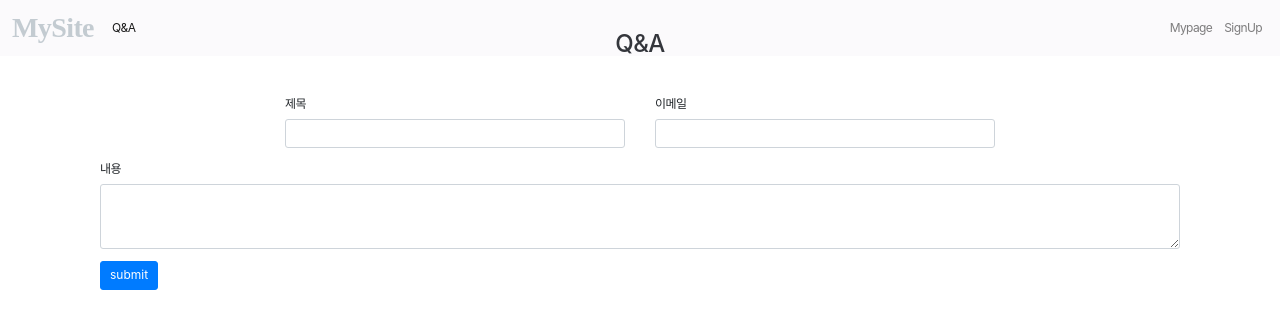
Repository: JungSWon/Project
Page: http://localhost/qna
The author's editor kept a record of every edit. The page is drawn from the files as they stood at one moment, then again after the next edit.
The browser window is 1280 px wide. The pictures show the whole page.
Some web fonts or font styles are not loaded; a fallback is used. The page is served by the project's application, run on Django 2.2 (pj05/manage.py). Other server files are loaded and not shown.

Above is the page before.

### 05_detail/pj05/detail/views.py
from django.shortcuts import render

# Create your views here.
def index(request):
    return render(request,'index.html')

def qna(request):
    return render(request,'qna.html')


def mypage(request):
    return render(request,'mypage.html')


def signup(request):
    return render(request,'signup.html')

def notfound(request,noturl):
    return render(request,'notfound.html',{'noturl':noturl})

### 05_detail/pj05/detail/templates/qna.html
{% extends 'base.html' %}

{% block title %}
프로젝트공오다시디테일 - QnA
{% endblock %}


{% block body %}

<div class="container">
    <div class="qnatitle">
        <h2>Q&A</h2>
    </div>

    <form>
        <div class='container'>
            <div class= 'row justify-content-center'>
                <div class="col-lg-4  col-md-12 form-group">
                    <label for="exampleFormControlInput1">제목</label>
                    <input type="email" class="form-control" id="exampleFormControlInput1" >
                </div>

                <div class="col-lg-4 col-md-12 form-group">
                    <label for="exampleFormControlInput1">이메일</label>
                    <input type="email" class="form-control" id="exampleFormControlInput1" >
                </div>
            </div>
        </div>
        <div class='container'>
            <div class="form-group">
              <label for="exampleFormControlTextarea1">내용</label>
              <textarea class="form-control" id="exampleFormControlTextarea1" rows="3"></textarea>
            </div>
            <button type="submit" class="btn btn-primary mb-2">submit</button>
        </div>
    </form>
</div>


{% endblock %}

### 05_detail/pj05/detail/templates/base.html
{% load static %}
<!DOCTYPE html>
<html lang="ko">
    <head>
        <meta charset="UTF-8">
        <meta name="viewport" content="width=device-width, initial-scale=1.0">
        <meta http-equiv="X-UA-Compatible" content="ie=edge">
        <link rel="stylesheet" href="https://stackpath.bootstrapcdn.com/bootstrap/4.3.1/css/bootstrap.min.css" integrity="sha384-ggOyR0iXCbMQv3Xipma34MD+dH/1fQ784/j6cY/iJTQUOhcWr7x9JvoRxT2MZw1T" crossorigin="anonymous">
        <link rel='stylesheet' href="{% static 'css/style.css' %}">
        <!--/pj05/detail/static/css/style.css-->
        <link href="https://fonts.googleapis.com/css?family=Baloo+Thambi|Noto+Sans+KR:400,700,900|Work+Sans:400,700,900" rel="stylesheet">
        <!--<link rel ='icon' type='image/png' sizes="96x96" href="{% static 'assets/icons8-finn-96.png' %}">-->
        <title>{% block title %}{% endblock %}</title>
    </head>

<body>
        <nav class="navbar col-12 navbar-expand-sm navbar-light bg-fad sticky-top">
        <a class="navbar-brand" href="#"> MySite </a>
        <button class="navbar-toggler" type="button" data-toggle="collapse" data-target="#navbarNav" aria-controls="navbarNav" aria-expanded="false" aria-label="Toggle navigation">
            <span class="navbar-toggler-icon"></span>
        </button>
        <div class="navbar-nav">
            <li class="nav-item active" id="navbarNav">
                <a class="nav-link" href="/qna">Q&A <span class="sr-only">(current)</span></a>
            </li>
        </div>
        <div class="collapse navbar-collapse" id="navbarNav">
            <ul class="navbar-nav">
                <li class="nav-item">
                    <a class="nav-link" href="/mypage">Mypage</a>
                </li>
                <li class="nav-item">
                    <a class="nav-link" href="/signup">SignUp</a>
                </li>
            </ul>
        </div>
        </nav>

        <script src="https://code.jquery.com/jquery-3.3.1.slim.min.js" integrity="sha384-q8i/X+965DzO0rT7abK41JStQIAqVgRVzpbzo5smXKp4YfRvH+8abtTE1Pi6jizo" crossorigin="anonymous"></script>
        <script src="https://cdnjs.cloudflare.com/ajax/libs/popper.js/1.14.7/umd/popper.min.js" integrity="sha384-UO2eT0CpHqdSJQ6hJty5KVphtPhzWj9WO1clHTMGa3JDZwrnQq4sF86dIHNDz0W1" crossorigin="anonymous"></script>
        <script src="https://stackpath.bootstrapcdn.com/bootstrap/4.3.1/js/bootstrap.min.js" integrity="sha384-JjSmVgyd0p3pXB1rRibZUAYoIIy6OrQ6VrjIEaFf/nJGzIxFDsf4x0xIM+B07jRM" crossorigin="anonymous"></script>
    {% block body %}
    {% endblock %}
</body>
</html>

### 05_detail/pj05/pj05_detail/urls.py
"""pj05_detail URL Configuration

The `urlpatterns` list routes URLs to views. For more information please see:
    https://docs.djangoproject.com/en/2.1/topics/http/urls/
Examples:
Function views
    1. Add an import:  from my_app import views
    2. Add a URL to urlpatterns:  path('', views.home, name='home')
Class-based views
    1. Add an import:  from other_app.views import Home
    2. Add a URL to urlpatterns:  path('', Home.as_view(), name='home')
Including another URLconf
    1. Import the include() function: from django.urls import include, path
    2. Add a URL to urlpatterns:  path('blog/', include('blog.urls'))
"""
from django.contrib import admin
from django.urls import path
from detail import views

urlpatterns = [
    path('admin/', admin.site.urls),
    path('', views.index),
    path('mypage', views.mypage),
    path('notfound', views.notfound),
    path('qna', views.qna),
    path('signup', views.signup),
]

### 05_detail/pj05/detail/static/css/style.css
html{
    font-size: 12px;
    font-family: 'Work Sans', sans-serif;
    font-family: 'Noto Sans KR', sans-serif;
    letter-spacing: -0.05em;
}


.navbar {
    padding-top: 10px;
    padding-bottom: 10px;
    background-color: rgba(210, 208, 222, 0.1);
    position: absolute;
}



    /* 아이템 좌측이동 */
.collapse.navbar-collapse {
    justify-content: flex-end;
}

#navbarNav {
    color: #c3cbd1;
}


    /* 네브바 좌측 대표이름, 로고 */
.navbar-light .navbar-brand {
    font-family: 'Baloo Thambi', cursive;
    font-size: 28px;
    line-height: 1;
    font-weight: 700;
    color: #c3cbd1;
}




/*index*/


#cover{
    display: flex;
    justify-content: flex-start;
    align-items: center;
    height: 350px;
    background-size: cover;
    background-position: center center;
    color: floralwhite;
    background-image: url('/static/assets/cover.jpg');
}

.cover-title{
    font-size: 60px;
    line-height: 1.15;
    font-weight: 700;
    margin-bottom: 20px;
    display: flex;
    justify-content: center;
}




#footer{
    padding: 0 1rem 0 3rem;
    height: 50px;
    background-color: #607485;
    color: #121312;
    display: flex;
    align-items: flex-end;
}


.footer-copy{
    letter-spacing: -0.04;
    display: flex;
    align-items: flex-end;
    font-size: 20px;
}



a.top{
    line-height: 2rem;
    margin-bottom: 10px;
}

a.top img{
    width: 30px;
    height: 30px;
    position: relative;
}



.page-body{
    margin: 100px 30px;
}


/*signup*/
.signup-t{
    margin:30px 0;
}





/*Q&A*/
.qnatitle{
    margin:30px 0;
    display: flex;
    justify-content: center;
}





/*mypage*/

.mypage-body{
    margin: 100px 200px;
}

.image-cropper {
    width: 184px;
    height: 184px;
    position: relative;
    overflow: hidden;
    border-radius: 50%;
    margin-left: 5px;
}

.card-img-top round {
    margin: auto 0;
    height: auto;
    width: 100%;
}


/*notfound*/

#notfound-cover{
    background-color: #FBE725;
    color: #181818;

}

After the next edit:
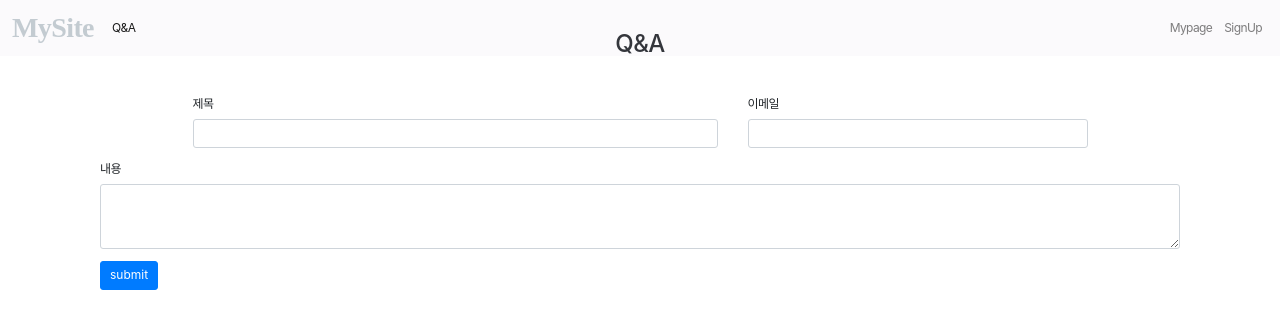
The edit:
--- a/05_detail/pj05/detail/templates/qna.html
+++ b/05_detail/pj05/detail/templates/qna.html
@@ -15,7 +15,7 @@
     <form>
         <div class='container'>
             <div class= 'row justify-content-center'>
-                <div class="col-lg-4  col-md-12 form-group">
+                <div class="col-lg-6  col-md-12 form-group">
                     <label for="exampleFormControlInput1">제목</label>
                     <input type="email" class="form-control" id="exampleFormControlInput1" >
                 </div>
